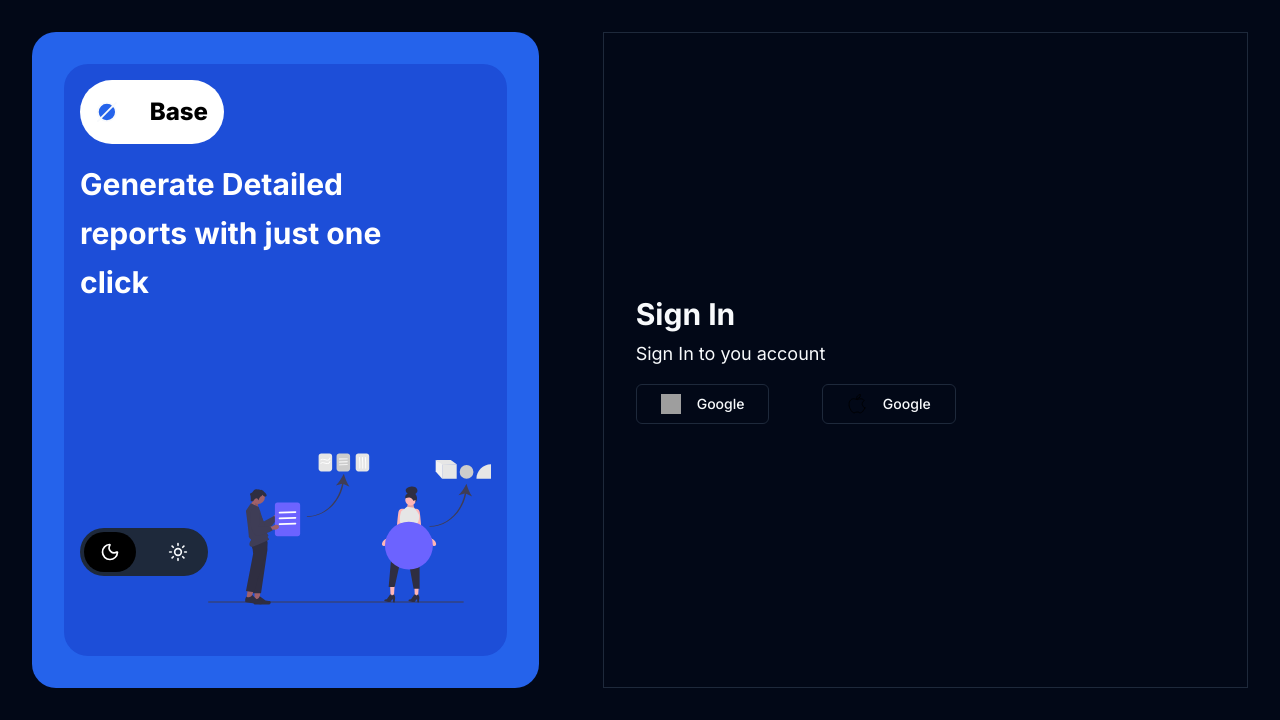
Repository: Hardyy00/openinapp_assignment
Page: /
An editor plug-in stored every save of this project. The page is shown before and after the next save, followed by the edit.
The browser window is 1280 px wide. The pictures show the whole page.
Pictures or frames that could not be fetched are drawn as grey boxes. The project was rebuilt for these pictures with package versions that can differ from the ones it lists, and the page was loaded fresh each time. The framework's server and built-in components were replaced by stand-ins that run in the browser. Also part of the build but not shown: next.config.mjs.

Above is the page before, as saved 2024-08-23 16:36:47.

After the next save:
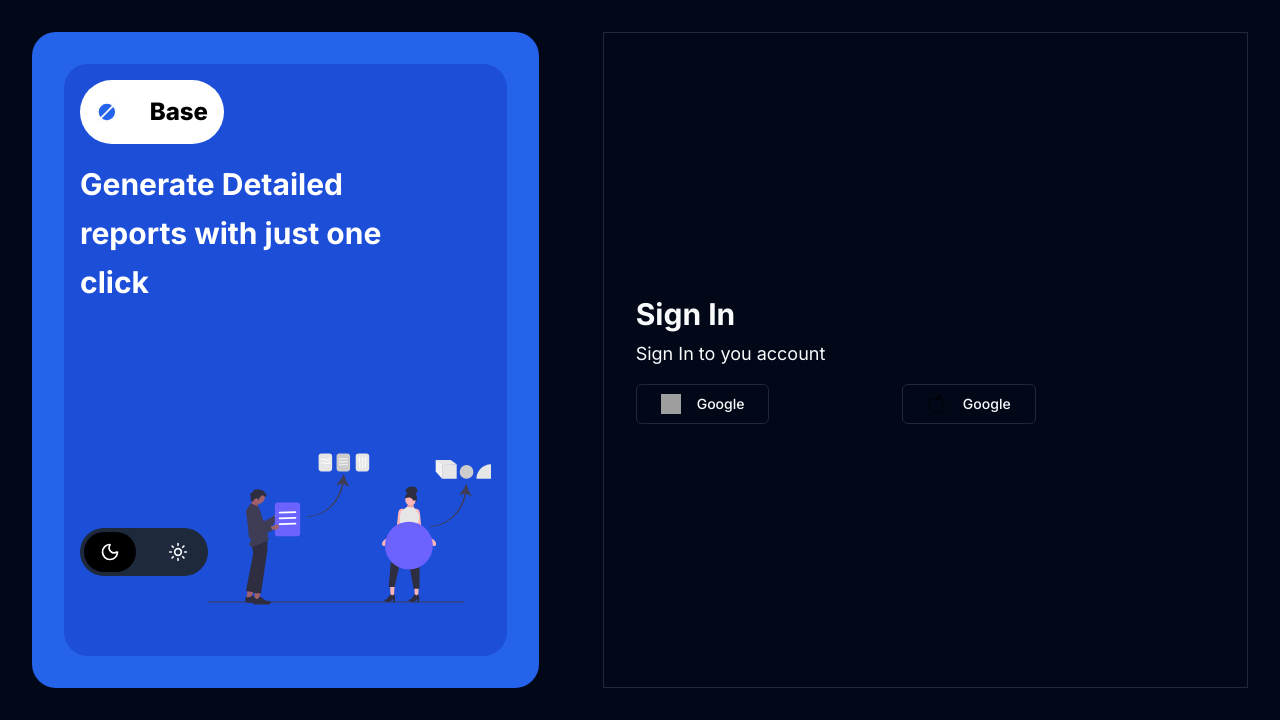
Saved 8 s later.
--- a/app/(auth)/page.tsx
+++ b/app/(auth)/page.tsx
@@ -5,7 +5,7 @@ export default function Page() {
   return (
     <div className="h-full p-8">
       <div className="p-8 border h-full flex items-center">
-        <div className="flex flex-col gap-y-4 w-[20rem]">
+        <div className="flex flex-col gap-y-4 w-[25rem]">
           <div className="space-y-2">
             <h1 className="text-foreground font-bold text-3xl">Sign In</h1>
             <p className="text-lg">Sign In to you account</p>
